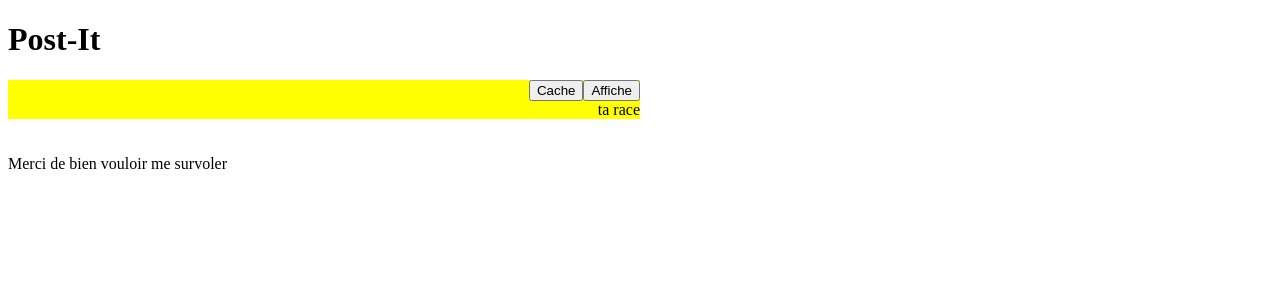
Repository: evalwebmeteofullstack/Gestion_meteo
Page: Notes/Cours + Exercices/Exercices/static/test/5em-code.html
The author's editor kept a copy of each file at every save. The page is drawn from the files as they stood at one save, then again after the next save.
The browser window is 1280 px wide. The pictures show the whole page.

Above is the page before, as saved 2019-02-04 08:26:25.

After the next save:
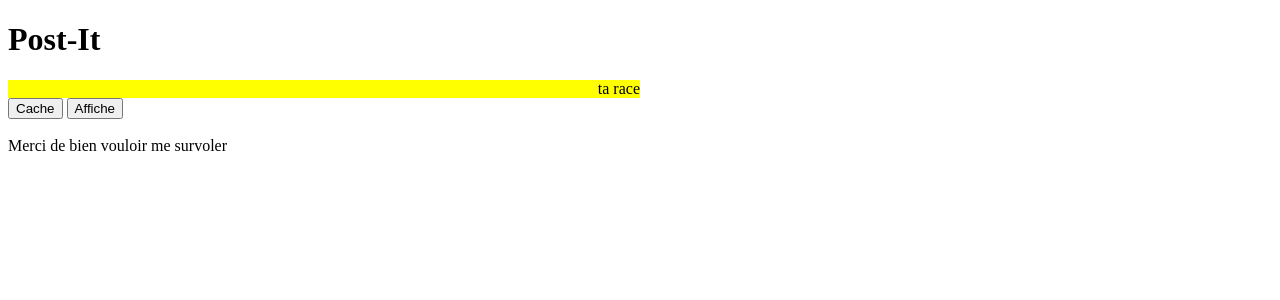
Saved 113 s later.
--- a/Notes/Cours + Exercices/Exercices/static/test/5em-code.html
+++ b/Notes/Cours + Exercices/Exercices/static/test/5em-code.html
@@ -5,11 +5,9 @@
 </head>
 <body>
 	<h1>Post-It</h1>
-	<div>
+	<div id="postIt">ta race</div>
 	<input type="button" name="butCache" id="butCach" value="Cache">
 	<input type="button" name="butAfficher" id="butAf" value="Affiche">
-	</div>
-	<div id="postIt">ta race</div>
 	<br>
 	<br>
 	<label>Merci de bien vouloir me survoler</label>
